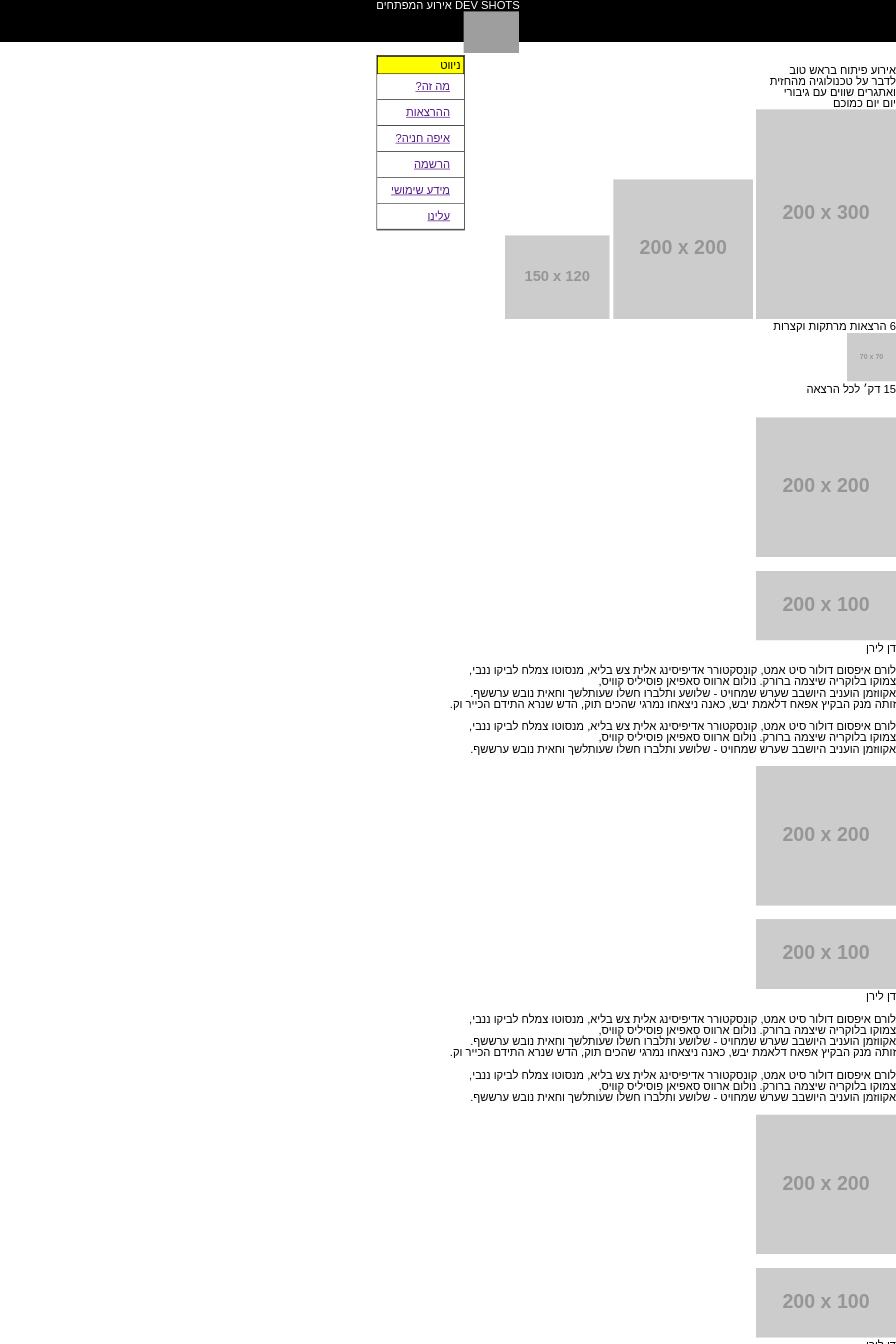
Repository: Julian-Escobar/DevShots
Page: index.html
The author's editor kept a copy of each file at every save. The page is drawn from the files as they stood at one save, then again after the next save.
The browser window is 1280 px wide. The pictures show the part of the page from y = 0 to 1920 px (the page is 5922 px tall), at 70% of full size.
Pictures or frames that could not be fetched are drawn as grey boxes.

Above is the page before, as saved 2018-08-28 19:08:37.

After the next save:
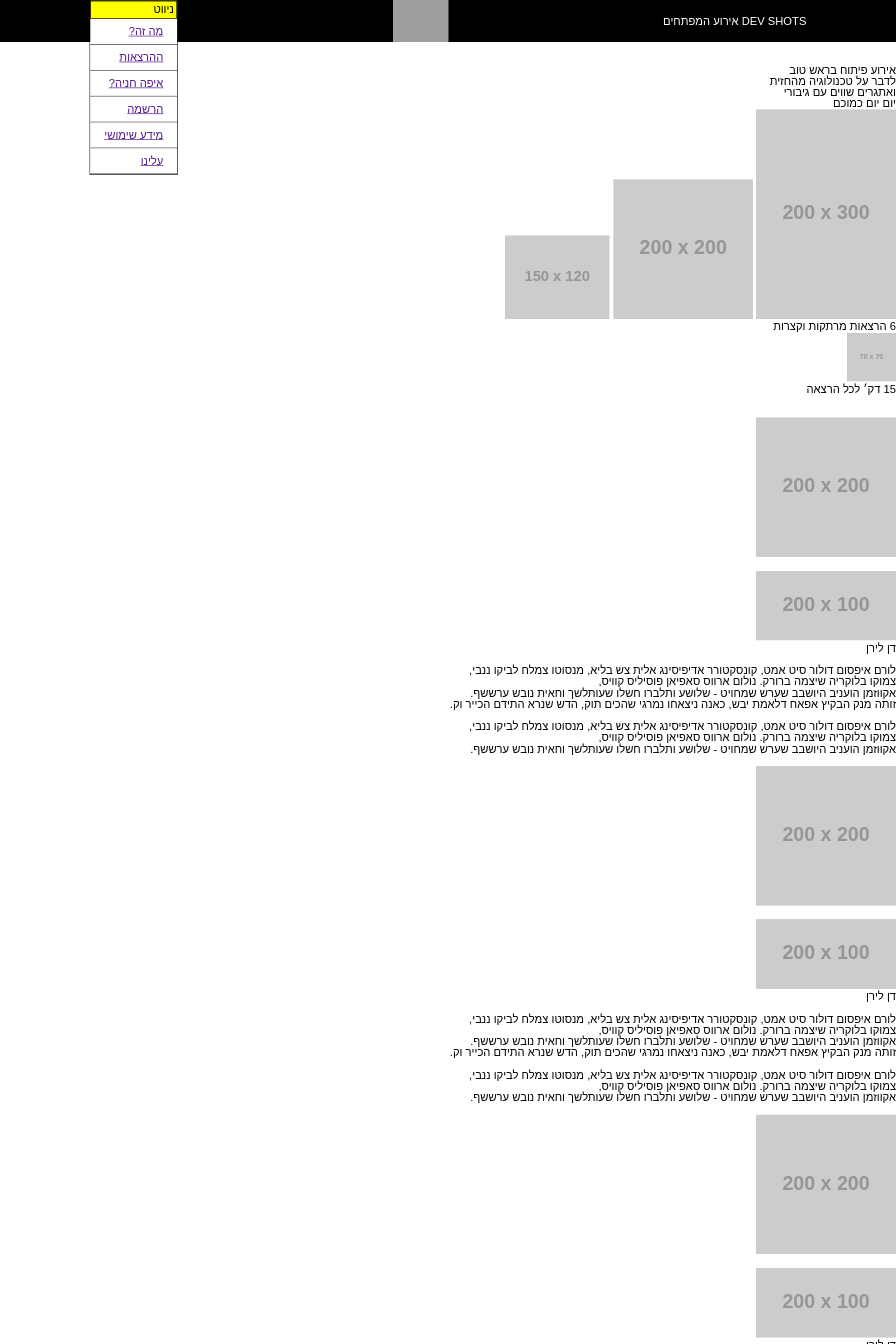
Saved 17 s later.
--- a/style.css
+++ b/style.css
@@ -73,10 +73,10 @@ body{
 }
 header {
     background-color: black;
-    display: block;
+    width: 80%;
+    display: flex;
     justify-content: space-between;
     align-content: center;
-    max-width: 970px;
     margin: 0 auto;
     padding: 0 10px;
 }
